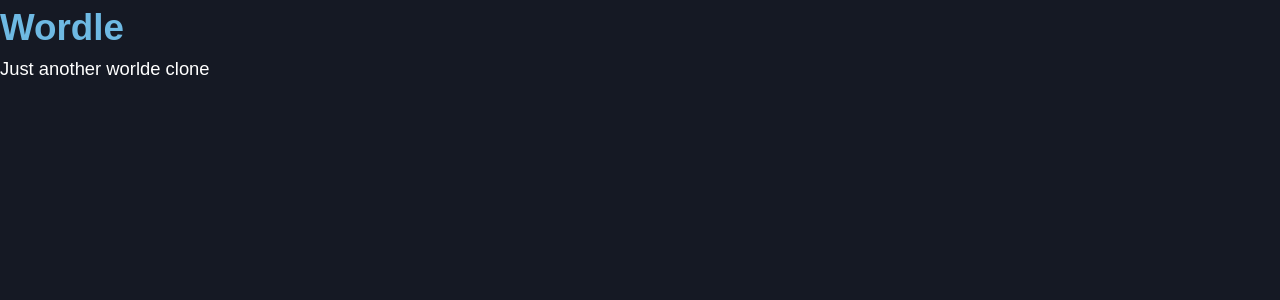
Repository: duck2913/wordle-clone
Page: /
These files come from the project's save history. The page is drawn as it stood at one moment and after the next save; the edit follows.
The browser window is 1280 px wide. The pictures show the whole page.
The project was rebuilt for these pictures with package versions that can differ from the ones it lists, and the page was loaded fresh each time.

Above is the page before, as saved 2022-05-17 08:21:34.

After the next save:
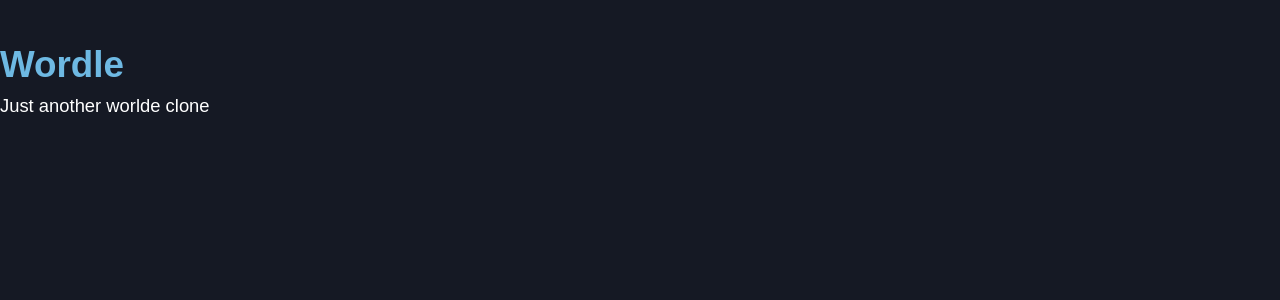
Saved 18 s later.
--- a/src/App.tsx
+++ b/src/App.tsx
@@ -3,9 +3,9 @@
 
 function App() {
 	return (
-		<>
+		<div className="App">
 			<Heading />
-		</>
+		</div>
 	);
 }
 
